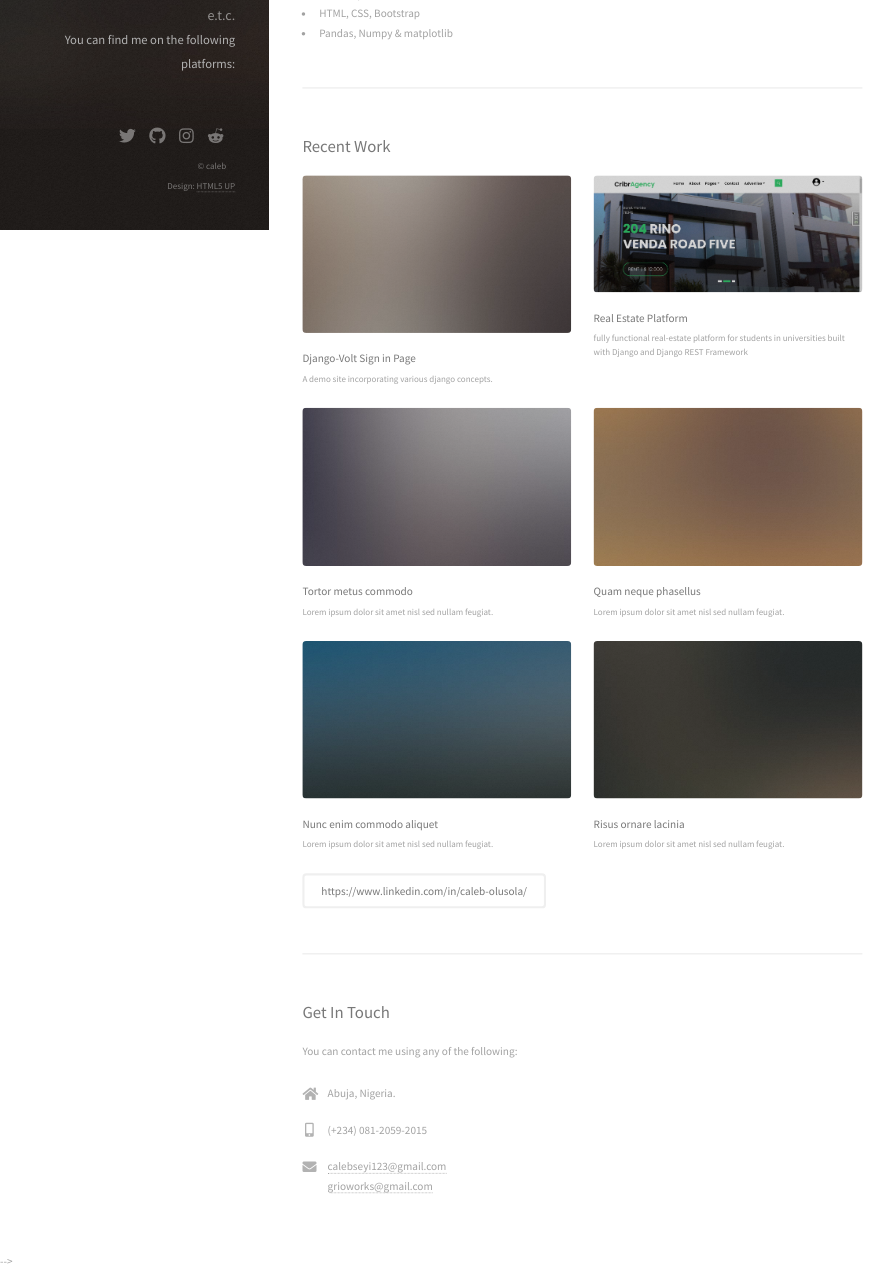
Repository: Caleb40/Caleb40.github.io
Page: index.html
These files come from the project's save history. The page is drawn as it stood at one moment and after the next save; the edit follows.
The browser window is 1280 px wide. The pictures show the part of the page from y = 392 to 2312 px (the page is 2207 px tall before and 2760 px after), at 70% of full size.

Above is the page before, as saved 2022-07-13 00:22:49.

### index.html
<!DOCTYPE HTML>
<html lang="en">

<head>
	<title>Olusola Caleb O.</title>
	<meta charset="utf-8" />
	<meta name="viewport" content="width=device-width, initial-scale=1, user-scalable=no" />
	<link rel="stylesheet" href="assets/css/main.css" />
</head>

<body class="is-preload">

	<!-- Header -->
	<header id="header">
		<div class="inner">
			<a href="#" class="image avatar"><img src="images/Photo_1607349133627.jpg" alt="profile" height="100px" width="100px" /></a>
			<h1 id="desc"><strong>I am Olusola Caleb,</strong><br> a web developer/programmer.<br />
				I build responsive web pages and offer general programming services such as scripting, automation e.t.c.
				<p id="findme">You can find me on <br> the following platforms:</p>
			</h1>

		</div>
	</header>

	<!-- Main -->
	<div id="main">

		<!-- One -->
		<section id="one">
			<header class="major">
				<h2>I'm a lifelong learner who's willing to pick up new technologies along the way.</h2>
			</header>
			<p>Technologies i'm proficient in include the following: </p>
			<ul>
				<li>Python</li>
				<li>Django & Django REST Framework</li>
				<li>PHP</li>
				<li>Javascript</li>
				<li>HTML, CSS, Bootstrap</li>
				<li>Pandas, Numpy & matplotlib</li>

			</ul>
			<!-- <ul class="actions">
				<li><a href="#" class="button">Learn More</a></li>
			</ul> -->
		</section>

		<!-- Two -->
		<section id="two">
			<h2>Recent Work</h2>
			<div class="row">
				<article class="col-6 col-12-xsmall work-item">
					<a href="images/portfolio/20220712_184121.png" class="image fit thumb"><img src="images/thumbs/01.jpg" alt="" /></a>
					<h3>Django-Volt Sign in Page</h3>
					<p>A demo site incorporating various django concepts.</p>
				</article>
				<article class="col-6 col-12-xsmall work-item">
					<a href="images/por" class="image fit thumb"><img src="images/portfolio/20220712_184159.png"/></a>
					<h3>Real Estate Platform</h3>
					<p>fully functional real-estate platform for students in universities built with Django and Django REST Framework</p>
				</article>
				<article class="col-6 col-12-xsmall work-item">
					<a href="images/fulls/03.jpg" class="image fit thumb"><img src="images/thumbs/03.jpg" alt="" /></a>
					<h3>Tortor metus commodo</h3>
					<p>Lorem ipsum dolor sit amet nisl sed nullam feugiat.</p>
				</article>
				<article class="col-6 col-12-xsmall work-item">
					<a href="images/fulls/04.jpg" class="image fit thumb"><img src="images/thumbs/04.jpg" alt="" /></a>
					<h3>Quam neque phasellus</h3>
					<p>Lorem ipsum dolor sit amet nisl sed nullam feugiat.</p>
				</article>
				<article class="col-6 col-12-xsmall work-item">
					<a href="images/fulls/05.jpg" class="image fit thumb"><img src="images/thumbs/05.jpg" alt="" /></a>
					<h3>Nunc enim commodo aliquet</h3>
					<p>Lorem ipsum dolor sit amet nisl sed nullam feugiat.</p>
				</article>
				<article class="col-6 col-12-xsmall work-item">
					<a href="images/fulls/06.jpg" class="image fit thumb"><img src="images/thumbs/06.jpg" alt="" /></a>
					<h3>Risus ornare lacinia</h3>
					<p>Lorem ipsum dolor sit amet nisl sed nullam feugiat.</p>
				</article>
			</div>
			<ul class="actions">
				<li><a href="#" class="button">https://www.linkedin.com/in/caleb-olusola/</a></li>
			</ul>
		</section>

		<!-- Three -->
		<section id="three">
			<h2>Get In Touch</h2>
			<p>You can contact me using any of the following:</p>
			<div class="row">
				<!-- <div class="col-8 col-12-small">
					<form method="post" action="#">
						<div class="row gtr-uniform gtr-50">
							<div class="col-6 col-12-xsmall"><input type="text" name="name" id="name"
									placeholder="Name" /></div>
							<div class="col-6 col-12-xsmall"><input type="email" name="email" id="email"
									placeholder="Email" /></div>
							<div class="col-12"><textarea name="message" id="message" placeholder="Message"
									rows="4"></textarea></div>
						</div>
					</form>
					<ul class="actions">
						<li><input type="submit" value="Send Message" /></li>
					</ul>

				</div> -->
				<div class="col-4 col-12-small">
					<ul class="labeled-icons">
						<li>
							<h3 class="icon solid fa-home"><span class="label">Address</span></h3>
							Abuja,
							Nigeria.<br>
						</li>
						<li>
							<h3 class="icon solid fa-mobile-alt"><span class="label">Phone</span></h3>
						(+234) 081-2059-2015
						</li>
						<li>
							<h3 class="icon solid fa-envelope"><span class="label">Email</span></h3>
							<a href="">calebseyi123@gmail.com <br> grioworks@gmail.com</a>
						</li>
					</ul>
				</div>
			</div>
		</section>

		<!-- Four -->

					<!-- <section id="four">
						<h2>Elements</h2>

						<section>
							<h4>Text</h4>
							<p>This is <b>bold</b> and this is <strong>strong</strong>. This is <i>italic</i> and this is <em>emphasized</em>.
							This is <sup>superscript</sup> text and this is <sub>subscript</sub> text.
							This is <u>underlined</u> and this is code: <code>for (;;) { ... }</code>. Finally, <a href="#">this is a link</a>.</p>
							<hr />
							<header>
								<h4>Heading with a Subtitle</h4>
								<p>Lorem ipsum dolor sit amet nullam id egestas urna aliquam</p>
							</header>
							<p>Nunc lacinia ante nunc ac lobortis. Interdum adipiscing gravida odio porttitor sem non mi integer non faucibus ornare mi ut ante amet placerat aliquet. Volutpat eu sed ante lacinia sapien lorem accumsan varius montes viverra nibh in adipiscing blandit tempus accumsan.</p>
							<header>
								<h5>Heading with a Subtitle</h5>
								<p>Lorem ipsum dolor sit amet nullam id egestas urna aliquam</p>
							</header>
							<p>Nunc lacinia ante nunc ac lobortis. Interdum adipiscing gravida odio porttitor sem non mi integer non faucibus ornare mi ut ante amet placerat aliquet. Volutpat eu sed ante lacinia sapien lorem accumsan varius montes viverra nibh in adipiscing blandit tempus accumsan.</p>
							<hr />
							<h2>Heading Level 2</h2>
							<h3>Heading Level 3</h3>
							<h4>Heading Level 4</h4>
							<h5>Heading Level 5</h5>
							<h6>Heading Level 6</h6>
							<hr />
							<h5>Blockquote</h5>
							<blockquote>Fringilla nisl. Donec accumsan interdum nisi, quis tincidunt felis sagittis eget tempus euismod. Vestibulum ante ipsum primis in faucibus vestibulum. Blandit adipiscing eu felis iaculis volutpat ac adipiscing accumsan faucibus. Vestibulum ante ipsum primis in faucibus lorem ipsum dolor sit amet nullam adipiscing eu felis.</blockquote>
							<h5>Preformatted</h5>
							<pre><code>i = 0;

while (!deck.isInOrder()) {
print 'Iteration ' + i;
deck.shuffle();
i++;
}

print 'It took ' + i + ' iterations to sort the deck.';</code></pre>
						</section>

						<section>
							<h4>Lists</h4>
							<div class="row">
								<div class="col-6 col-12-xsmall">
									<h5>Unordered</h5>
									<ul>
										<li>Dolor pulvinar etiam magna etiam.</li>
										<li>Sagittis adipiscing lorem eleifend.</li>
										<li>Felis enim feugiat dolore viverra.</li>
									</ul>
									<h5>Alternate</h5>
									<ul class="alt">
										<li>Dolor pulvinar etiam magna etiam.</li>
										<li>Sagittis adipiscing lorem eleifend.</li>
										<li>Felis enim feugiat dolore viverra.</li>
									</ul>
								</div>
								<div class="col-6 col-12-xsmall">
									<h5>Ordered</h5>
									<ol>
										<li>Dolor pulvinar etiam magna etiam.</li>
										<li>Etiam vel felis at lorem sed viverra.</li>
										<li>Felis enim feugiat dolore viverra.</li>
										<li>Dolor pulvinar etiam magna etiam.</li>
										<li>Etiam vel felis at lorem sed viverra.</li>
										<li>Felis enim feugiat dolore viverra.</li>
									</ol>
									<h5>Icons</h5>
									<ul class="icons">
										<li><a href="#" class="icon brands fa-twitter"><span class="label">Twitter</span></a></li>
										<li><a href="#" class="icon brands fa-facebook-f"><span class="label">Facebook</span></a></li>
										<li><a href="#" class="icon brands fa-instagram"><span class="label">Instagram</span></a></li>
										<li><a href="#" class="icon brands fa-github"><span class="label">Github</span></a></li>
										<li><a href="#" class="icon brands fa-dribbble"><span class="label">Dribbble</span></a></li>
										<li><a href="#" class="icon brands fa-tumblr"><span class="label">Tumblr</span></a></li>
									</ul>
								</div>
							</div>
							<h5>Actions</h5>
							<ul class="actions">
								<li><a href="#" class="button primary">Default</a></li>
								<li><a href="#" class="button">Default</a></li>
							</ul>
							<ul class="actions small">
								<li><a href="#" class="button primary small">Small</a></li>
								<li><a href="#" class="button small">Small</a></li>
							</ul>
							<div class="row">
								<div class="col-6 col-12-small">
									<ul class="actions stacked">
										<li><a href="#" class="button primary">Default</a></li>
										<li><a href="#" class="button">Default</a></li>
									</ul>
								</div>
								<div class="col-6 col-12-small">
									<ul class="actions stacked">
										<li><a href="#" class="button primary small">Small</a></li>
										<li><a href="#" class="button small">Small</a></li>
									</ul>
								</div>
								<div class="col-6 col-12-small">
									<ul class="actions stacked">
										<li><a href="#" class="button primary fit">Default</a></li>
										<li><a href="#" class="button fit">Default</a></li>
									</ul>
								</div>
								<div class="col-6 col-12-small">
									<ul class="actions stacked">
										<li><a href="#" class="button primary small fit">Small</a></li>
										<li><a href="#" class="button small fit">Small</a></li>
									</ul>
								</div>
							</div>
						</section>

						<section>
							<h4>Table</h4>
							<h5>Default</h5>
							<div class="table-wrapper">
								<table>
									<thead>
										<tr>
											<th>Name</th>
											<th>Description</th>
											<th>Price</th>
										</tr>
									</thead>
									<tbody>
										<tr>
											<td>Item One</td>
											<td>Ante turpis integer aliquet porttitor.</td>
											<td>29.99</td>
										</tr>
										<tr>
											<td>Item Two</td>
											<td>Vis ac commodo adipiscing arcu aliquet.</td>
											<td>19.99</td>
										</tr>
										<tr>
											<td>Item Three</td>
											<td> Morbi faucibus arcu accumsan lorem.</td>
											<td>29.99</td>
										</tr>
										<tr>
											<td>Item Four</td>
											<td>Vitae integer tempus condimentum.</td>
											<td>19.99</td>
										</tr>
										<tr>
											<td>Item Five</td>
											<td>Ante turpis integer aliquet porttitor.</td>
											<td>29.99</td>
										</tr>
									</tbody>
									<tfoot>
										<tr>
											<td colspan="2"></td>
											<td>100.00</td>
										</tr>
									</tfoot>
								</table>
							</div>

							<h5>Alternate</h5>
							<div class="table-wrapper">
								<table class="alt">
									<thead>
										<tr>
											<th>Name</th>
											<th>Description</th>
											<th>Price</th>
										</tr>
									</thead>
									<tbody>
										<tr>
											<td>Item One</td>
											<td>Ante turpis integer aliquet porttitor.</td>
											<td>29.99</td>
										</tr>
										<tr>
											<td>Item Two</td>
											<td>Vis ac commodo adipiscing arcu aliquet.</td>
											<td>19.99</td>
										</tr>
										<tr>
											<td>Item Three</td>
											<td> Morbi faucibus arcu accumsan lorem.</td>
											<td>29.99</td>
										</tr>
										<tr>
											<td>Item Four</td>
											<td>Vitae integer tempus condimentum.</td>
											<td>19.99</td>
										</tr>
										<tr>
											<td>Item Five</td>
											<td>Ante turpis integer aliquet porttitor.</td>
											<td>29.99</td>
										</tr>
									</tbody>
									<tfoot>
										<tr>
											<td colspan="2"></td>
											<td>100.00</td>
										</tr>
									</tfoot>
								</table>
							</div>
						</section>

						<section>
							<h4>Buttons</h4>
							<ul class="actions">
								<li><a href="#" class="button primary">Primary</a></li>
								<li><a href="#" class="button">Default</a></li>
							</ul>
							<ul class="actions">
								<li><a href="#" class="button large">Large</a></li>
								<li><a href="#" class="button">Default</a></li>
								<li><a href="#" class="button small">Small</a></li>
							</ul>
							<ul class="actions fit">
								<li><a href="#" class="button primary fit">Fit</a></li>
								<li><a href="#" class="button fit">Fit</a></li>
							</ul>
							<ul class="actions fit small">
								<li><a href="#" class="button primary fit small">Fit + Small</a></li>
								<li><a href="#" class="button fit small">Fit + Small</a></li>
							</ul>
							<ul class="actions">
								<li><a href="#" class="button primary icon solid fa-download">Icon</a></li>
								<li><a href="#" class="button icon solid fa-download">Icon</a></li>
							</ul>
							<ul class="actions">
								<li><span class="button primary disabled">Primary</span></li>
								<li><span class="button disabled">Default</span></li>
							</ul>
						</section>

						<section>
							<h4>Form</h4>
							<form method="post" action="#">
								<div class="row gtr-uniform gtr-50">
									<div class="col-6 col-12-xsmall">
										<input type="text" name="demo-name" id="demo-name" value="" placeholder="Name" />
									</div>
									<div class="col-6 col-12-xsmall">
										<input type="email" name="demo-email" id="demo-email" value="" placeholder="Email" />
									</div>
									<div class="col-12">
										<select name="demo-category" id="demo-category">
											<option value="">- Category -</option>
											<option value="1">Manufacturing</option>
											<option value="1">Shipping</option>
											<option value="1">Administration</option>
											<option value="1">Human Resources</option>
										</select>
									</div>
									<div class="col-4 col-12-small">
										<input type="radio" id="demo-priority-low" name="demo-priority" checked>
										<label for="demo-priority-low">Low Priority</label>
									</div>
									<div class="col-4 col-12-small">
										<input type="radio" id="demo-priority-normal" name="demo-priority">
										<label for="demo-priority-normal">Normal Priority</label>
									</div>
									<div class="col-4 col-12-small">
										<input type="radio" id="demo-priority-high" name="demo-priority">
										<label for="demo-priority-high">High Priority</label>
									</div>
									<div class="col-6 col-12-small">
										<input type="checkbox" id="demo-copy" name="demo-copy">
										<label for="demo-copy">Email me a copy of this message</label>
									</div>
									<div class="col-6 col-12-small">
										<input type="checkbox" id="demo-human" name="demo-human" checked>
										<label for="demo-human">I am a human and not a robot</label>
									</div>
									<div class="col-12">
										<textarea name="demo-message" id="demo-message" placeholder="Enter your message" rows="6"></textarea>
									</div>
									<div class="col-12">
										<ul class="actions">
											<li><input type="submit" value="Send Message" class="primary" /></li>
											<li><input type="reset" value="Reset" /></li>
										</ul>
									</div>
								</div>
							</form>
						</section>

						<section>
							<h4>Image</h4>
							<h5>Fit</h5>
							<div class="box alt">
								<div class="row gtr-50 gtr-uniform">
									<div class="col-12"><span class="image fit"><img src="images/fulls/05.jpg" alt="" /></span></div>
									<div class="col-4"><span class="image fit"><img src="images/thumbs/01.jpg" alt="" /></span></div>
									<div class="col-4"><span class="image fit"><img src="images/thumbs/02.jpg" alt="" /></span></div>
									<div class="col-4"><span class="image fit"><img src="images/thumbs/03.jpg" alt="" /></span></div>
									<div class="col-4"><span class="image fit"><img src="images/thumbs/04.jpg" alt="" /></span></div>
									<div class="col-4"><span class="image fit"><img src="images/thumbs/05.jpg" alt="" /></span></div>
									<div class="col-4"><span class="image fit"><img src="images/thumbs/06.jpg" alt="" /></span></div>
									<div class="col-4"><span class="image fit"><img src="images/thumbs/03.jpg" alt="" /></span></div>
									<div class="col-4"><span class="image fit"><img src="images/thumbs/02.jpg" alt="" /></span></div>
									<div class="col-4"><span class="image fit"><img src="images/thumbs/01.jpg" alt="" /></span></div>
								</div>
							</div>
							<h5>Left &amp; Right</h5>
							<p><span class="image left"><img src="images/avatar.jpg" alt="" /></span>Fringilla nisl. Donec accumsan interdum nisi, quis tincidunt felis sagittis eget. tempus euismod. Vestibulum ante ipsum primis in faucibus vestibulum. Blandit adipiscing eu felis iaculis volutpat ac adipiscing accumsan eu faucibus. Integer ac pellentesque praesent tincidunt felis sagittis eget. tempus euismod. Vestibulum ante ipsum primis in faucibus vestibulum. Blandit adipiscing eu felis iaculis volutpat ac adipiscing accumsan eu faucibus. Integer ac pellentesque praesent. Donec accumsan interdum nisi, quis tincidunt felis sagittis eget. tempus euismod. Vestibulum ante ipsum primis in faucibus vestibulum. Blandit adipiscing eu felis iaculis volutpat ac adipiscing accumsan eu faucibus. Integer ac pellentesque praesent tincidunt felis sagittis eget. tempus euismod. Vestibulum ante ipsum primis in faucibus vestibulum. Blandit adipiscing eu felis iaculis volutpat ac adipiscing accumsan eu faucibus. Integer ac pellentesque praesent.</p>
							<p><span class="image right"><img src="images/avatar.jpg" alt="" /></span>Fringilla nisl. Donec accumsan interdum nisi, quis tincidunt felis sagittis eget. tempus euismod. Vestibulum ante ipsum primis in faucibus vestibulum. Blandit adipiscing eu felis iaculis volutpat ac adipiscing accumsan eu faucibus. Integer ac pellentesque praesent tincidunt felis sagittis eget. tempus euismod. Vestibulum ante ipsum primis in faucibus vestibulum. Blandit adipiscing eu felis iaculis volutpat ac adipiscing accumsan eu faucibus. Integer ac pellentesque praesent. Donec accumsan interdum nisi, quis tincidunt felis sagittis eget. tempus euismod. Vestibulum ante ipsum primis in faucibus vestibulum. Blandit adipiscing eu felis iaculis volutpat ac adipiscing accumsan eu faucibus. Integer ac pellentesque praesent tincidunt felis sagittis eget. tempus euismod. Vestibulum ante ipsum primis in faucibus vestibulum. Blandit adipiscing eu felis iaculis volutpat ac adipiscing accumsan eu faucibus. Integer ac pellentesque praesent.</p>
						</section>

					</section>
				-->

	</div> -->

	<!-- Footer -->
	<footer id="footer">
		<div class="inner">
			<!-- <p id="phone">Contact: 08120592015</p>
			<p id="email">E-mail: calebseyi123@gmail.com</p> -->
			<ul class="icons">
				<li><a href="https://twitter.com/caleb_mnb" class="icon brands fa-twitter"><span
							class="label">Twitter</span></a></li>
				<li><a href="https://github.com/Caleb40" class="icon brands fa-github"><span
							class="label">Github</span></a></li>
				<li><a href="https://www.instagram.com/itz_calebking/" class="icon brands fa-instagram"><span
							class="label">Instagram</span></a></li>
				<li><a href="https://www.reddit.com/user/caleb_king" class="icon brands fa-reddit-alien"><span
							class="label">Reddit</span></a></li>
				<ul class="copyright">
					<li>&copy; caleb</li>
					<li>Design: <a href="http://html5up.net">HTML5 UP</a></li>
				</ul>

			</ul>
		</div>
	</footer>

	<!-- Scripts -->
	<script src="assets/js/jquery.min.js"></script>
	<script src="assets/js/jquery.poptrox.min.js"></script>
	<script src="assets/js/browser.min.js"></script>
	<script src="assets/js/breakpoints.min.js"></script>
	<script src="assets/js/util.js"></script>
	<script src="assets/js/main.js"></script>

</body>

</html>

Loaded but not shown: assets/css/fontawesome-all.min.css (library); assets/js/jquery.min.js (library); assets/js/jquery.poptrox.min.js (library); assets/js/browser.min.js (common file); assets/js/breakpoints.min.js (common file); assets/js/util.js (587 lines, source omitted); assets/js/main.js (117 lines, source omitted); assets/css/main.css (3241 lines, source omitted)

After the next save:
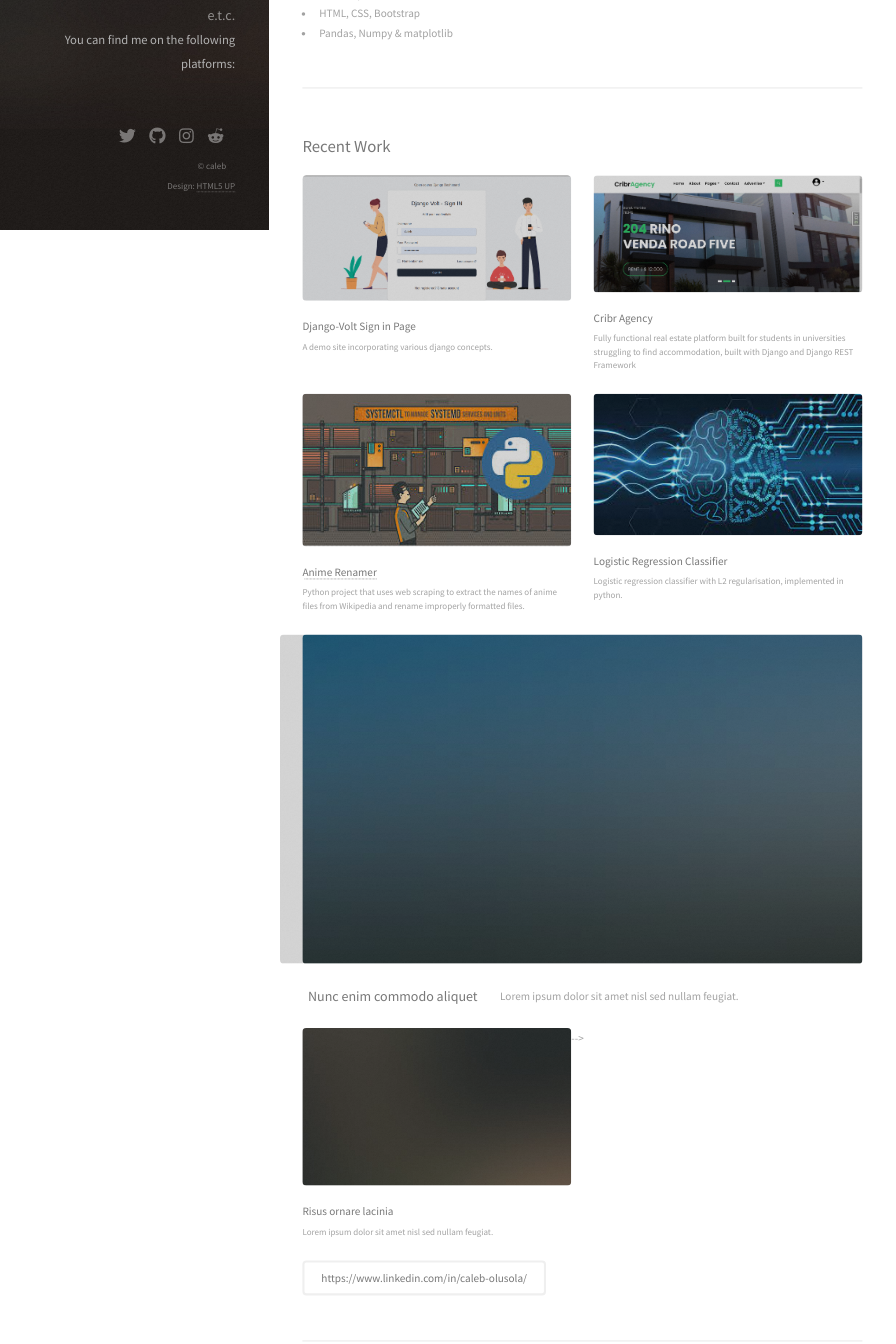
Saved 14 s later.
--- a/index.html
+++ b/index.html
@@ -50,35 +50,38 @@
 			<h2>Recent Work</h2>
 			<div class="row">
 				<article class="col-6 col-12-xsmall work-item">
-					<a href="images/portfolio/20220712_184121.png" class="image fit thumb"><img src="images/thumbs/01.jpg" alt="" /></a>
+					<a href="images/portfolio/20220712_184121.png" class="image fit thumb"><img
+							src="images/portfolio/20220712_184121.png" alt="" /></a>
 					<h3>Django-Volt Sign in Page</h3>
 					<p>A demo site incorporating various django concepts.</p>
 				</article>
 				<article class="col-6 col-12-xsmall work-item">
-					<a href="images/por" class="image fit thumb"><img src="images/portfolio/20220712_184159.png"/></a>
-					<h3>Real Estate Platform</h3>
-					<p>fully functional real-estate platform for students in universities built with Django and Django REST Framework</p>
+					<a href="images/portfolio/20220712_184159.png" class="image fit thumb"><img
+							src="images/portfolio/20220712_184159.png" /></a>
+					<h3>Cribr Agency</h3>
+					<p>Fully functional real estate platform built for students in universities struggling to find accommodation,
+						built with Django and Django REST Framework</p>
 				</article>
 				<article class="col-6 col-12-xsmall work-item">
-					<a href="images/fulls/03.jpg" class="image fit thumb"><img src="images/thumbs/03.jpg" alt="" /></a>
-					<h3>Tortor metus commodo</h3>
-					<p>Lorem ipsum dolor sit amet nisl sed nullam feugiat.</p>
+					<a href="images/images.jpeg" class="image fit thumb"><img src="images/images.jpeg" alt="" /></a>
+					<h3><a href="https://github.com/Caleb40/Anime-Renamer">Anime Renamer</a></h3>
+					<p>Python project that uses web scraping to extract the names of anime files from Wikipedia and rename
+						improperly formatted files.</p>
 				</article>
 				<article class="col-6 col-12-xsmall work-item">
-					<a href="images/fulls/04.jpg" class="image fit thumb"><img src="images/thumbs/04.jpg" alt="" /></a>
-					<h3>Quam neque phasellus</h3>
-					<p>Lorem ipsum dolor sit amet nisl sed nullam feugiat.</p>
+					<a href="images/ai.jpeg" class="image fit thumb"><img src="images/ai.jpeg" alt="" /></a>
+					<h3>Logistic Regression Classifier</h3>
+					<p>Logistic regression classifier with L2 regularisation, implemented in python.</p>
 				</article>
-				<article class="col-6 col-12-xsmall work-item">
-					<a href="images/fulls/05.jpg" class="image fit thumb"><img src="images/thumbs/05.jpg" alt="" /></a>
-					<h3>Nunc enim commodo aliquet</h3>
-					<p>Lorem ipsum dolor sit amet nisl sed nullam feugiat.</p>
+				<a href="images/fulls/05.jpg" class="image fit thumb"><img src="images/thumbs/05.jpg" alt="" /></a>
+				<h3>Nunc enim commodo aliquet</h3>
+				<p>Lorem ipsum dolor sit amet nisl sed nullam feugiat.</p>
 				</article>
 				<article class="col-6 col-12-xsmall work-item">
 					<a href="images/fulls/06.jpg" class="image fit thumb"><img src="images/thumbs/06.jpg" alt="" /></a>
 					<h3>Risus ornare lacinia</h3>
 					<p>Lorem ipsum dolor sit amet nisl sed nullam feugiat.</p>
-				</article>
+				</article> -->
 			</div>
 			<ul class="actions">
 				<li><a href="#" class="button">https://www.linkedin.com/in/caleb-olusola/</a></li>
